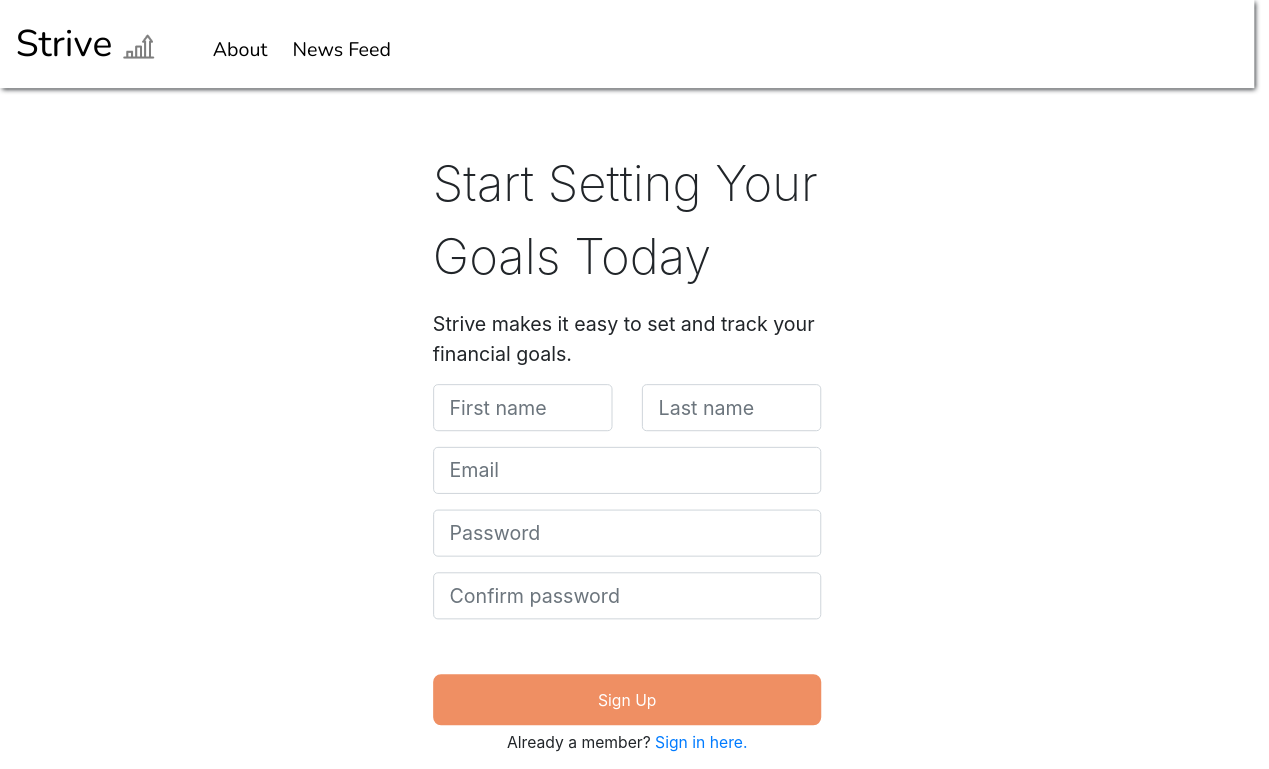
Repository: NoraOK/Strive
Page: http://localhost/strive/WEB-INF/strive/register.jsp
The author's editor kept a copy of each file at every save. The page is drawn from the files as they stood at one save, then again after the next save.
The browser window is 1280 px wide. The page is 1280 px wide, then 1295 px, so the pictures cover 1295 px, including what lies to the right of the window. The pictures show the whole page, at 98% of full size.
The page is served by Tomcat 9. Nobody is signed in. Other server files are loaded and not shown. The template is opened directly, without the code that normally fills it, so the values that code supplies are empty.

Above is the page before, as saved 2019-12-18 20:53:15.

### strive/src/main/webapp/WEB-INF/strive/register.jsp
<%@ page language="java" contentType="text/html; charset=UTF-8"
    pageEncoding="UTF-8"%>
<%@ taglib prefix="form" uri="http://www.springframework.org/tags/form"%>
<!DOCTYPE html>
<html>
<head>
<meta charset="UTF-8">
<title>Strive | Sign Up</title>
	<link rel="stylesheet" href="https://stackpath.bootstrapcdn.com/bootstrap/4.3.1/css/bootstrap.min.css" integrity="sha384-ggOyR0iXCbMQv3Xipma34MD+dH/1fQ784/j6cY/iJTQUOhcWr7x9JvoRxT2MZw1T" crossorigin="anonymous">
	<link href="/css/register.css" rel="stylesheet" type="text/css"/>
<link href="https://fonts.googleapis.com/css?family=Nunito:200,400,700&display=swap" rel="stylesheet"></head>
<body>
	<div>
		<jsp:include page="headerNoLogout.jsp"/>
	</div>
	<div class="body">
		<div class="container col-4">
			<p class="slogan">Start Setting Your Goals Today</p>
			<p class="about">Strive makes it easy to set and track your financial goals.</p>

	    	<form:form method="POST" action="/registration" modelAttribute="user">
	    		<div class="row">
	    			<div class="col">
		            	<form:errors path="firstName"/>
		            	<form:input path="firstName" class="form-control form-control-lg" placeholder="First name"/>
		            </div>
		            <div class="col">
			            <form:errors path="lastName"/>
			            <form:input path="lastName" class="form-control form-control-lg" placeholder="Last name"/>
		        	</div>
		        </div>
		        <p>
		            <p style="color:red;"><form:errors path="email"/></p>
		            <form:input path="email" class="form-control form-control-lg" placeholder="Email"/>
		        </p>
		        <p>
		            <p style="color:red;"><form:errors path="password"/></p>
		            <form:password path="password" class="form-control form-control-lg" placeholder="Password"/>
		        </p>
		        <p>
		            <p style="color:red;"><form:errors path="passwordConfirmation"/></p>
		            <form:password path="passwordConfirmation" class="form-control form-control-lg" placeholder="Confirm password"/>
		        </p>
		        <input type="submit" value="Sign Up" class="sign_up"/>
		        <p class="already">Already a member? <a href="/login">Sign in here.</a></p>
	    	</form:form>
    	</div>
	</div>
</body>
</html>

### strive/src/main/webapp/WEB-INF/strive/headerNoLogout.jsp
<%@ page language="java" contentType="text/html; charset=UTF-8"
    pageEncoding="UTF-8"%>
<!DOCTYPE html>
<html>
<head>
<meta charset="UTF-8">
<title>Insert title here</title>
	<link rel="stylesheet" href="https://stackpath.bootstrapcdn.com/bootstrap/4.3.1/css/bootstrap.min.css" integrity="sha384-ggOyR0iXCbMQv3Xipma34MD+dH/1fQ784/j6cY/iJTQUOhcWr7x9JvoRxT2MZw1T" crossorigin="anonymous">
	<link href="/css/header.css" rel="stylesheet" type="text/css"/>
	<link href="https://fonts.googleapis.com/css?family=Nunito&display=swap" rel="stylesheet">
</head>
<body>
	<header class="p-3">
		<div class="logo d-inline">
			<a href="/" class="d-inline home_button">Strive <img class="header_img" src="/images/icon2.png" alt=""></a>
			<div class="d-inline links pl-5">
				<a class="d-inline link" href="">About</a>
				<a class="d-inline link pl-3" href="">News Feed</a>
			</div>
		</div>
	</header>
</body>
</html>

### strive/src/main/resources/static/css/register.css
.body{
	padding-top: 150px;
dc 	font-family: 'Nunito', sans-serif;
}


.slogan{
	font-size: 50px;
	font-weight: 200;
}

.about{
	font-size: 20px;
}

.already{
	text-align: center;
	margin-top: 5px;
}

/* ------------------------------------- */
/*           Sign up button              */
/* ------------------------------------- */


.sign_up{
	border:2px solid #EF8F63 ;
	border-radius: 8px;
	background-color: #EF8F63;
	padding: 12px 25px;
	color: white;
	width: 100%;
}

.sign_up:hover{
	border:2px solid #F9AD86 ;
	border-radius: 8px;
	background-color: #F9AD86;
	padding: 12px 25px;
	color: white;
}
input[type=submit]{
	margin-top: 40px;
}

### strive/src/main/resources/static/css/header.css
header{
	box-shadow: 2px 2px 5px;
	height: 90px;
	z-index: 10;
    position: fixed;
    width: 100%;
    font-family:'Nunito', sans-serif;
    background-color: white;
}

.logo{
	font-size: 38px;

}
.header_img{
	background-color: white;
	width: 35px;
	opacity: .5;
}

.button{
	font-size: 17px;
	color: black;
}

.link {
	font-size: 20px;
	color: black;
}

a:link {
  text-decoration: none;
}

a:visited {
  text-decoration: none;
}

a:hover {
  text-decoration: none;
}

.logout_button{
	border: solid 1.5px #F9AD86;
	border-radius: 8px;
	padding:  8px;
	color: black;
}

.logout_button:hover {
	background-color: #F9AD86;
	color: white;
}

.buttons{
	margin-left: 60%;
}

.home_button{
	color: black;
}

After the next save:
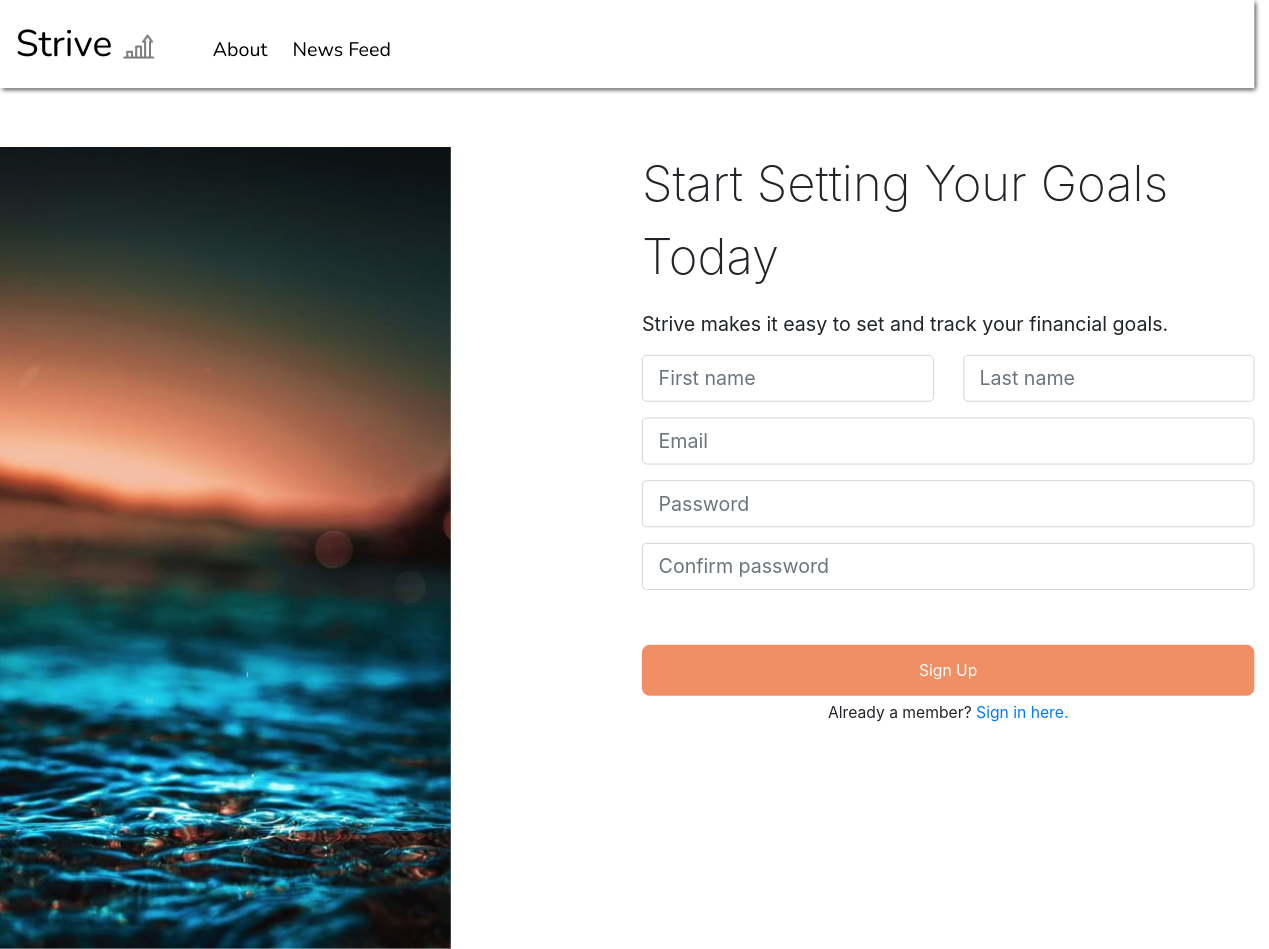
Saved 3 min 59 s later.
--- a/strive/src/main/webapp/WEB-INF/strive/register.jsp
+++ b/strive/src/main/webapp/WEB-INF/strive/register.jsp
@@ -13,8 +13,11 @@
 	<div>
 		<jsp:include page="headerNoLogout.jsp"/>
 	</div>
-	<div class="body">
-		<div class="container col-4">
+	<div class="body row">
+		<div class="image col">
+			<img src="/images/water.jpg">
+		</div>
+		<div class="container col">
 			<p class="slogan">Start Setting Your Goals Today</p>
 			<p class="about">Strive makes it easy to set and track your financial goals.</p>
 
